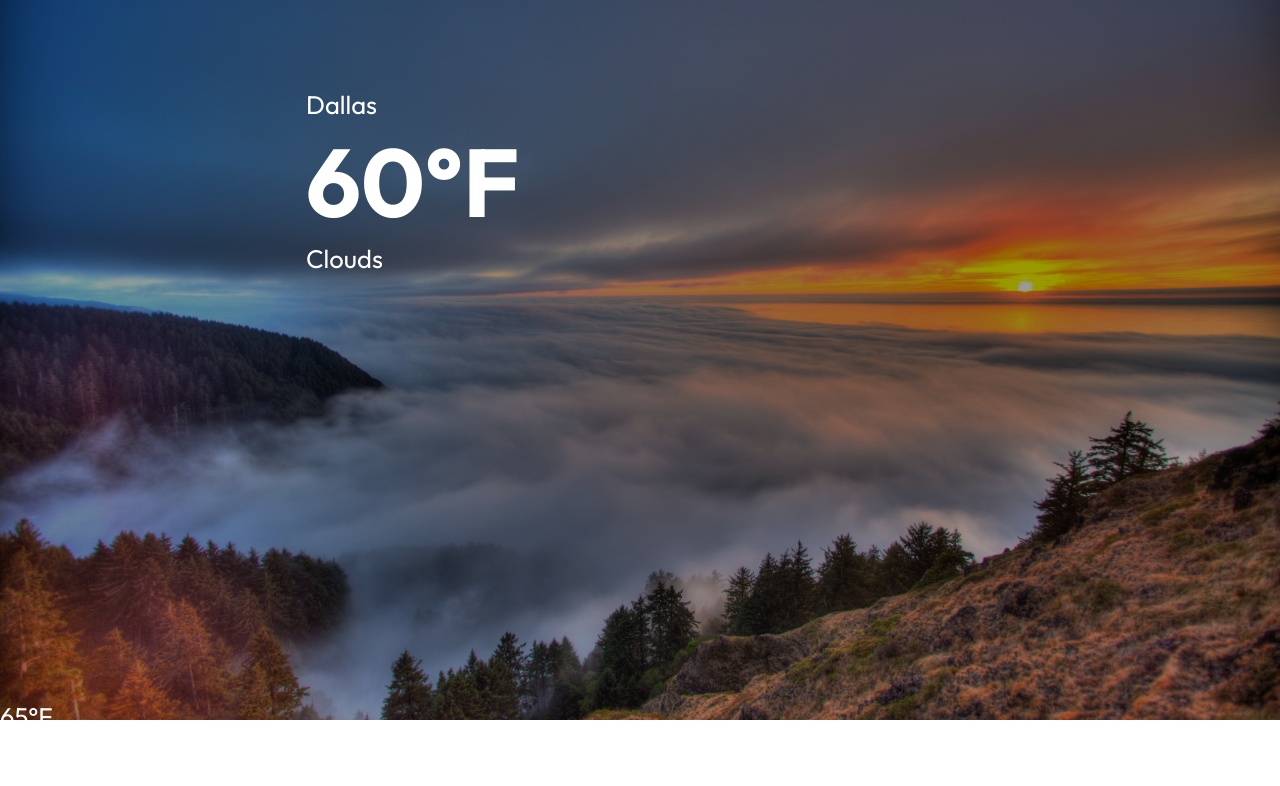
Repository: stavan30/weather-react
Page: /
The author's editor kept a copy of each file at every save. The page is drawn from the files as they stood at one save, then again after the next save.
The browser window is 1280 px wide. The pictures show the whole page.
The project was rebuilt for these pictures with package versions that can differ from the ones it lists, and the page was loaded fresh each time.

Above is the page before, as saved 2024-02-06 00:27:15.

### src/index.css
@import url('https://fonts.googleapis.com/css2?family=Outfit:wght@100;200;300;400;500;600;700&family=Poppins:ital,wght@0,100;0,200;0,300;0,400;0,500;0,600;0,700;0,800;0,900;1,100;1,200;1,300;1,400;1,500;1,600;1,700;1,800;1,900&display=swap');

* {
  box-sizing: border-box;
  margin: 0;
  padding: 0;
}

body {
  font-family: 'Outfit', 'Segoe UI', 'Roboto', 'Oxygen',
    'Ubuntu', 'Cantarell', 'Fira Sans', 'Droid Sans', 'Helvetica Neue',
    sans-serif;
  -webkit-font-smoothing: antialiased;
  -moz-osx-font-smoothing: grayscale;
}

p {
  font-size: 1.6rem;
}

h1 {
  font-size: 6rem;
}

.app {
  width: 100%;
  height: 100vh;
  position: relative;
  background-color: rgba(0, 0, 0, 0.4);
  color: white;
}

.app:before{
  content: '';
  background: url('./assets/sunset.jpg') no-repeat center center/cover;
  position: absolute;
  width: 100%;
  height: 100%;
  top: 0;
  left: 0;
  z-index: -1;
}

.container {
  max-width: 700px;
  height: 700px;
  margin: auto;
  padding: 0 1rem;
  position: relative;
  top: 10%;
  display: flex;
  flex-direction: column;
  justify-content: space-between;
}

.app .top {
  width: 100%;
  margin: 1rem auto;
}

### src/App.js
import React, {useState} from "react";
import axios from "axios";

function App() {

  //const url = `https://api.openweathermap.org/data/2.5/weather?q=dallas&appid=5a1232a3639c7a443e7df182fff23304`

  return (
    <div className="app">
      <div className="container">
        <div className="top">
          <div className="location">
            <p>Dallas</p>
          </div>
          <div className="temp">
            <h1>60°F</h1>
          </div>
          <div className="description">
            <p>Clouds</p>
          </div>
        </div>
      </div>
        <div className="bottom">
          <div className="feels">
            <p>65°F</p>
          </div>
          <div className="humidity">
            <p>20%</p>
          </div>
          <div className="wind">
            12MPH
          </div>
        </div>
    </div>
  );
}

export default App;

Loaded but not shown: public/index.html (common file); src/index.js (common file)

After the next save:
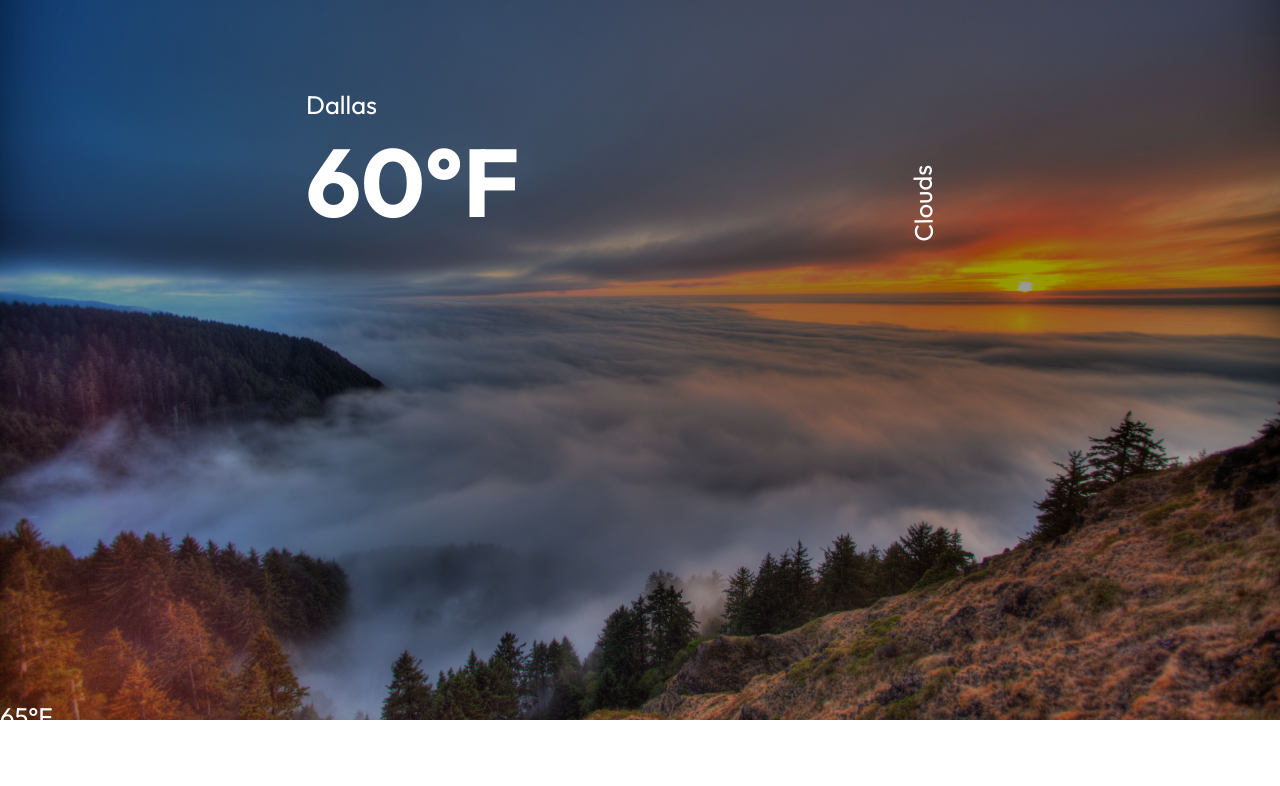
Saved 60 s later.
--- a/src/index.css
+++ b/src/index.css
@@ -57,3 +57,10 @@ h1 {
   width: 100%;
   margin: 1rem auto;
 }
+
+.app .description {
+  position: relative;
+  right: -90%;
+  transform-origin: 0 0;
+  transform: rotate(269deg);
+}
